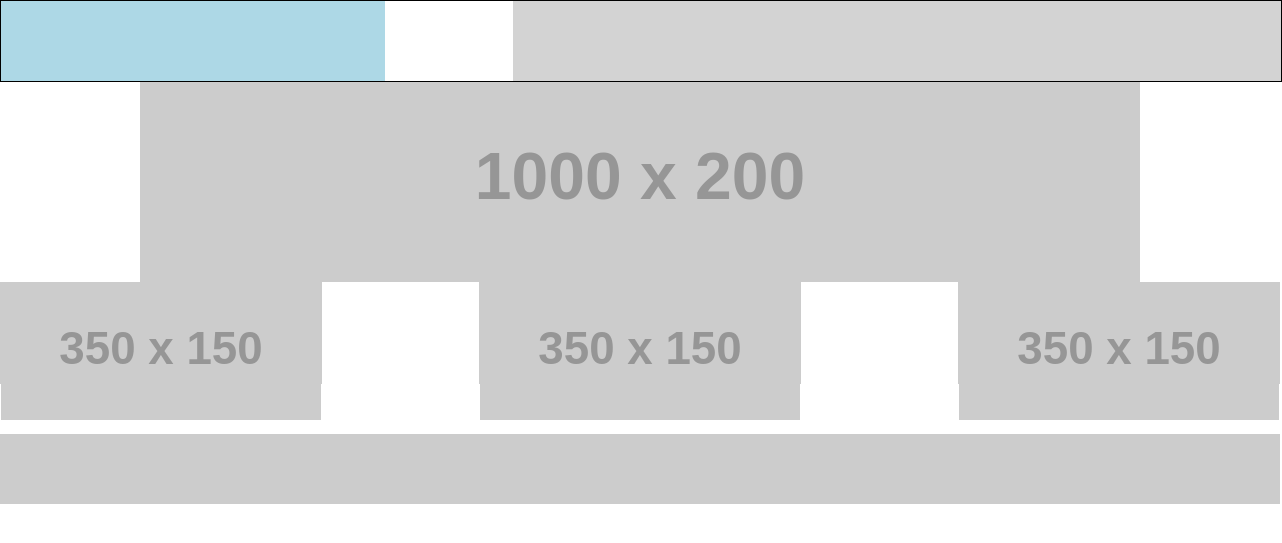
Repository: punitbathija/Placement-Assitance-iNeuron
Page: responsive-web-design.html
These files come from the project's save history. The page is drawn as it stood at one moment and after the next save; the edit follows.
The browser window is 1280 px wide. The page is 1282 px wide, so the pictures cover 1282 px, including what lies to the right of the window. The pictures show the whole page.

Above is the page before, as saved 2023-05-23 15:20:23.

After the next save:
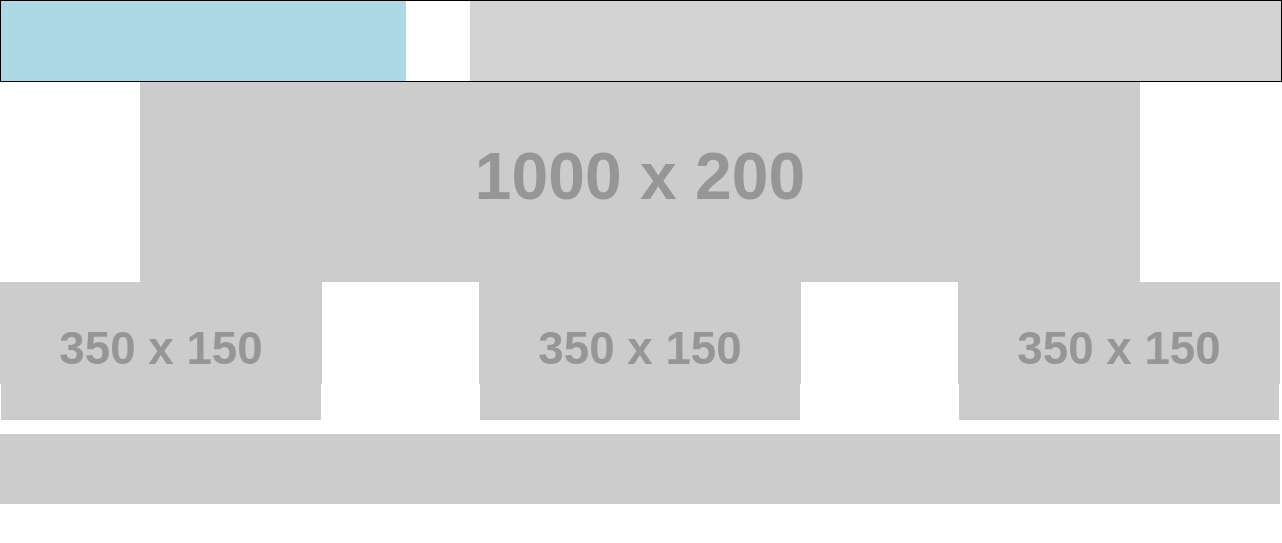
Saved 6 s later.
--- a/responsive-web-design.html
+++ b/responsive-web-design.html
@@ -21,7 +21,7 @@
         align-items: center;
         width: 100%;
         border: 1px solid black;
-        gap: 10%;
+        gap: 5%;
       }
 
       .nav-left {
